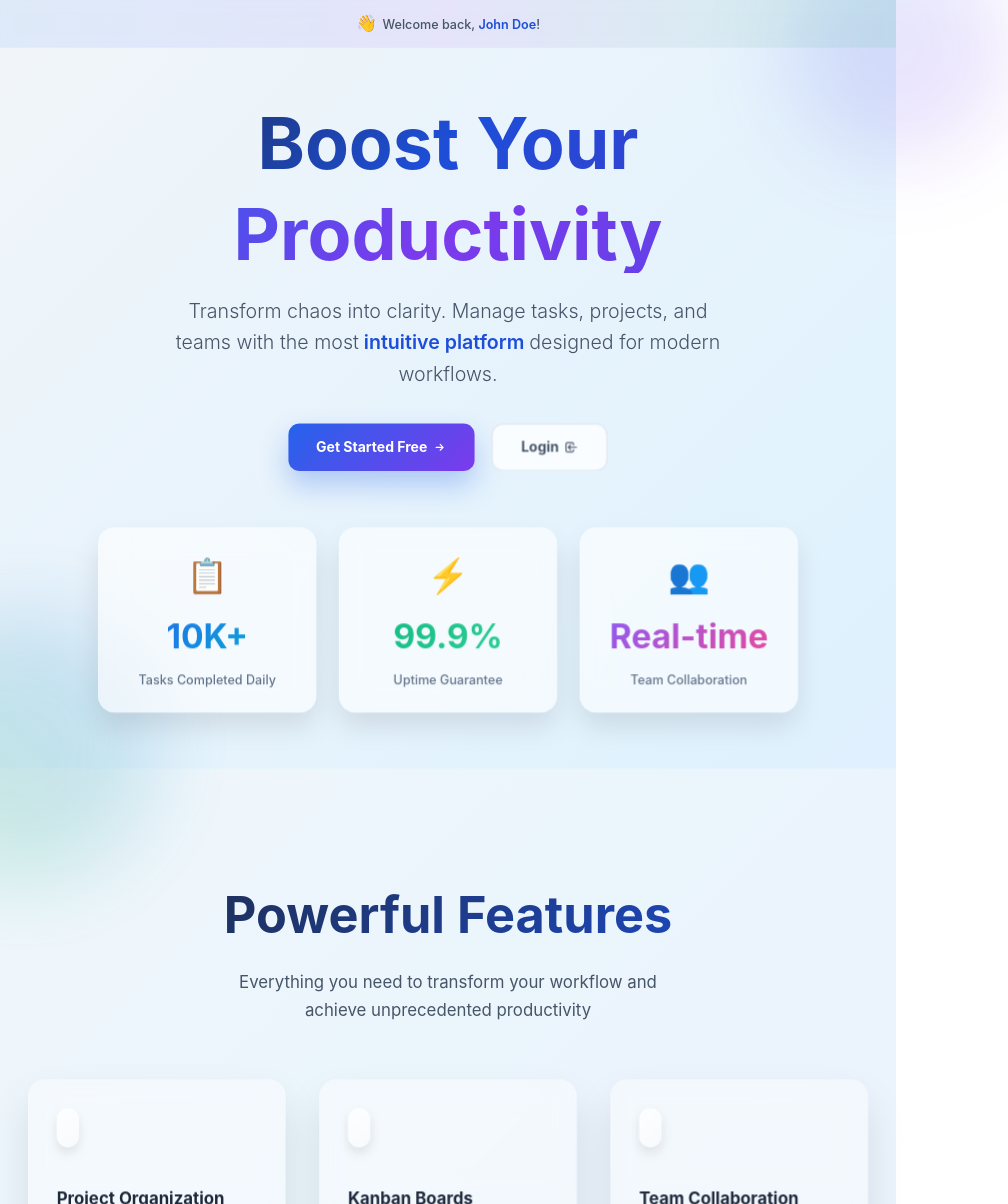
Repository: him021204/Task-Manager
Page: / (app in client/)
An editor plug-in stored every save of this project. The page is shown before and after the next save, followed by the edit.
The browser window is 1280 px wide. The page is 1440 px wide, so the pictures cover 1440 px, including what lies to the right of the window. The pictures show the part of the page from y = 0 to 1720 px (the page is 2835 px tall before and 2901 px after), at 70% of full size.
The page's requests for data from a server got no answer. The project was rebuilt for these pictures with package versions that can differ from the ones it lists, and the page was loaded fresh each time. Some packages were replaced by stand-ins written for this rebuild. No one was signed in, and anything a server would have sent is missing. Also part of the build but not shown: client/vite.config.js, client/src/pages/Dashboard.jsx, client/src/pages/Login.jsx, client/src/pages/Register.jsx, client/src/pages/Analytics.jsx, client/src/pages/CalendarView.jsx.

Above is the page before, as saved 2025-06-15 16:20:40.

After the next save:
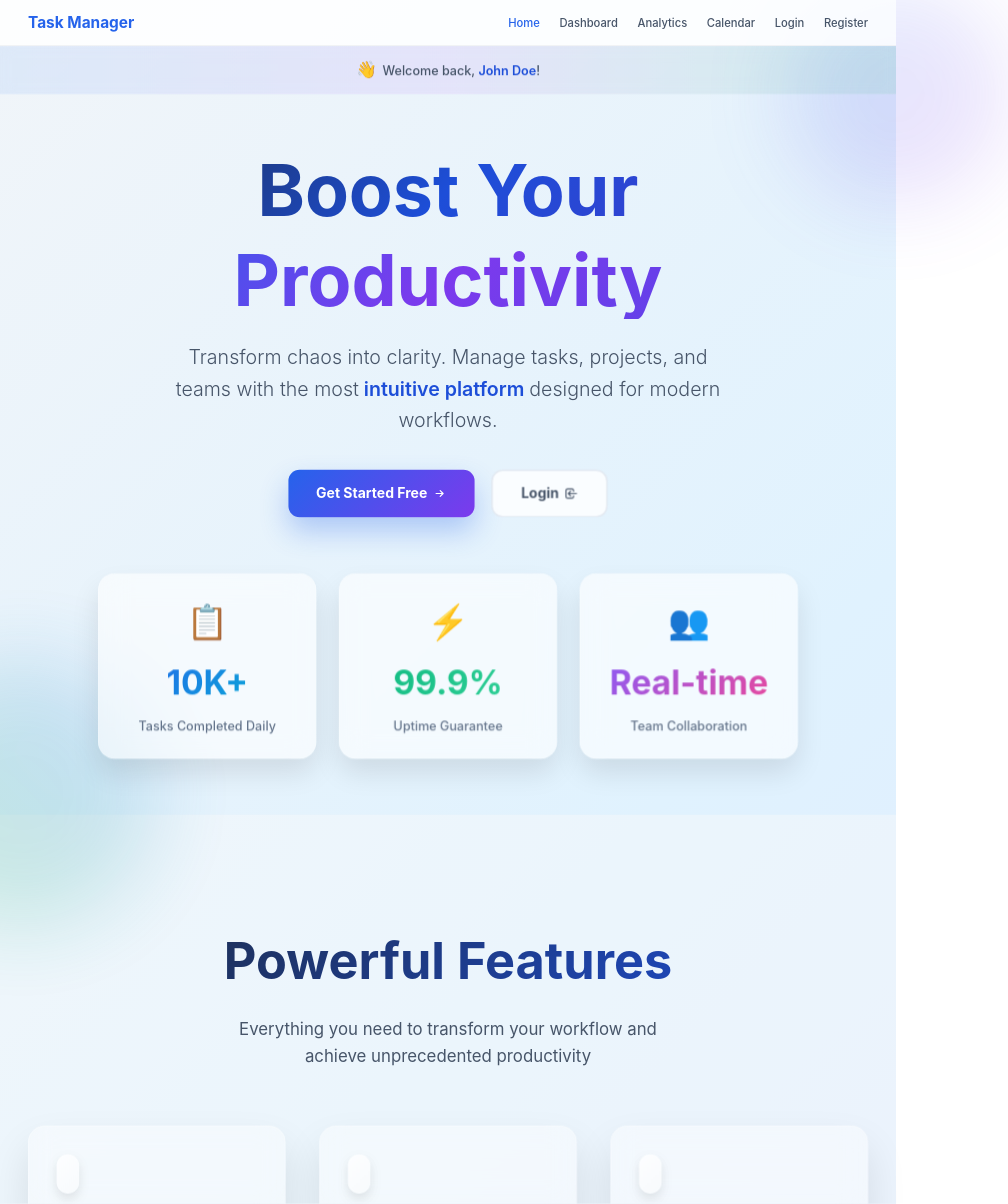
Saved 3 min 28 s later.
--- a/client/src/pages/Home.jsx
+++ b/client/src/pages/Home.jsx
@@ -1,4 +1,5 @@
 import React from 'react';
+import { Link } from 'react-router-dom';
 
 const features = [
   {
@@ -48,7 +49,53 @@ const Home = () => {
       background: 'linear-gradient(135deg, #f1f5f9 0%, #e0f2fe 50%, #e0e7ff 100%)',
       fontFamily: '-apple-system, BlinkMacSystemFont, "Segoe UI", Roboto, sans-serif'
     }}>
-
+      {/* Navigation Bar */}
+      <nav
+        style={{
+          width: '100%',
+          background: 'rgba(255,255,255,0.85)',
+          borderBottom: '1px solid #e5e7eb',
+          padding: '16px 0',
+          position: 'sticky',
+          top: 0,
+          zIndex: 50,
+        }}
+      >
+        <div
+          style={{
+            maxWidth: '1200px',
+            margin: '0 auto',
+            display: 'flex',
+            alignItems: 'center',
+            justifyContent: 'space-between',
+            padding: '0 32px',
+          }}
+        >
+          <span style={{ fontWeight: 'bold', fontSize: '22px', color: '#2563eb' }}>
+            Task Manager
+          </span>
+          <div style={{ display: 'flex', gap: '28px' }}>
+            <Link to="/" style={{ color: '#2563eb', fontWeight: 500, textDecoration: 'none' }}>
+              Home
+            </Link>
+            <Link to="/dashboard" style={{ color: '#475569', fontWeight: 500, textDecoration: 'none' }}>
+              Dashboard
+            </Link>
+            <Link to="/analytics" style={{ color: '#475569', fontWeight: 500, textDecoration: 'none' }}>
+              Analytics
+            </Link>
+            <Link to="/calendar" style={{ color: '#475569', fontWeight: 500, textDecoration: 'none' }}>
+              Calendar
+            </Link>
+            <Link to="/login" style={{ color: '#475569', fontWeight: 500, textDecoration: 'none' }}>
+              Login
+            </Link>
+            <Link to="/register" style={{ color: '#475569', fontWeight: 500, textDecoration: 'none' }}>
+              Register
+            </Link>
+          </div>
+        </div>
+      </nav>
       {/* Welcome Message */}
       {user && (
         <div style={{
